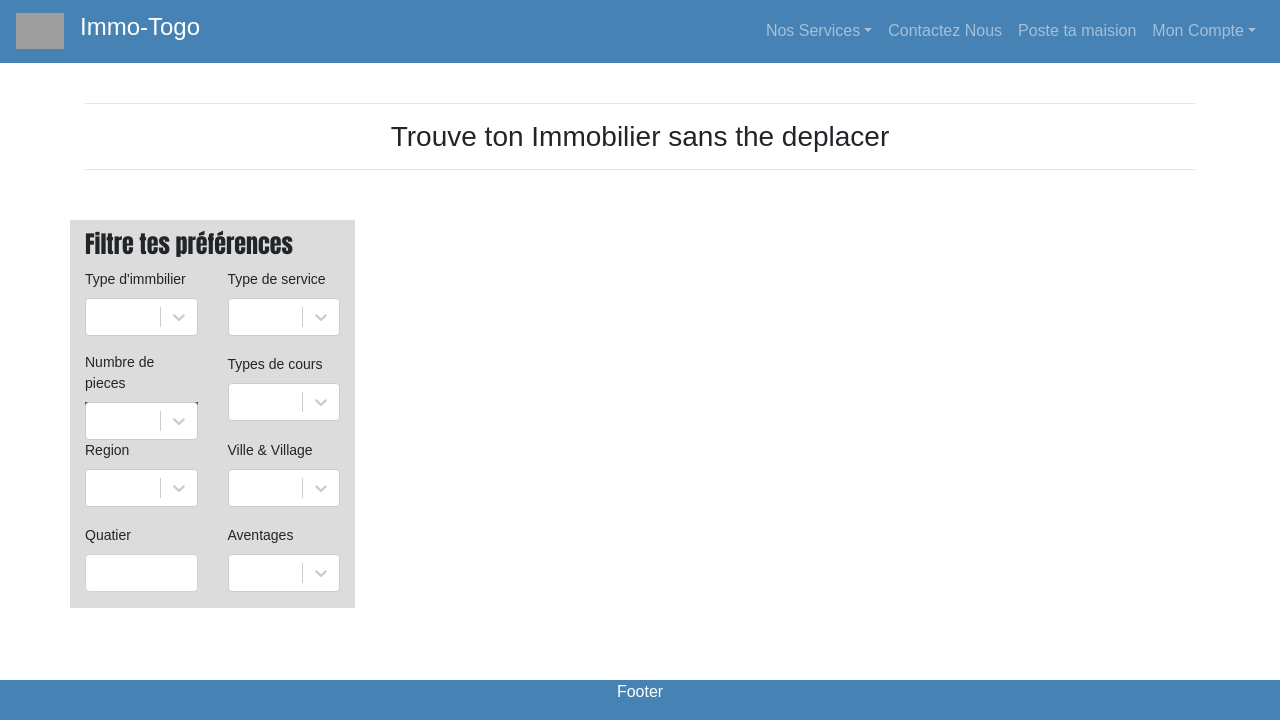
Repository: TAYLOR-YAO/immobilier-togo
Page: / (app in client/)
An editor plug-in stored every save of this project. The page is shown before and after the next save, followed by the edit.
The browser window is 1280 px wide. The pictures show the whole page.
Pictures or frames that could not be fetched are drawn as grey boxes. The page's requests for data from a server got no answer. The project was rebuilt for these pictures with package versions that can differ from the ones it lists, and the page was loaded fresh each time. No one was signed in, and anything a server would have sent is missing. Also part of the build but not shown: client/src/Components/RegisterHouses/RegisterHouse.css, client/src/Components/RegisterHouses/RegisterHouse.js, client/src/Components/Test_file.js, client/src/Components/test-2.js.

Above is the page before, as saved 2020-05-14 20:56:48.

After the next save:
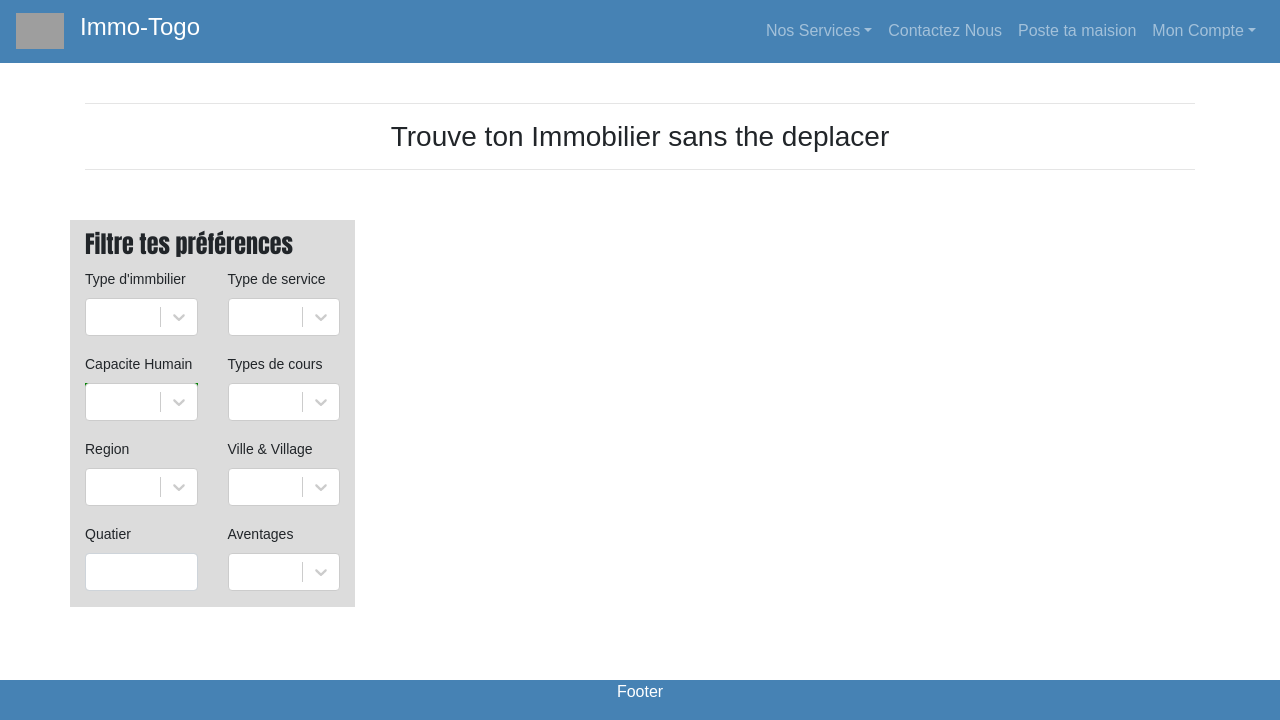
Saved 3 min 0 s later.
--- a/client/src/Components/LendingPage/LendingPage.js
+++ b/client/src/Components/LendingPage/LendingPage.js
@@ -171,7 +171,7 @@ render() {
           <Row>
             <Col sm={6}>
               <Form.Group controlId="exampleForm.ControlSelect1" >
-                <Form.Label style={{fontSize:"14px"}}>Numbre de pieces</Form.Label>
+                <Form.Label style={{fontSize:"14px"}}>Capacite Humain</Form.Label>
                 <br/>
                 <Select
                     styles={customStyles}
